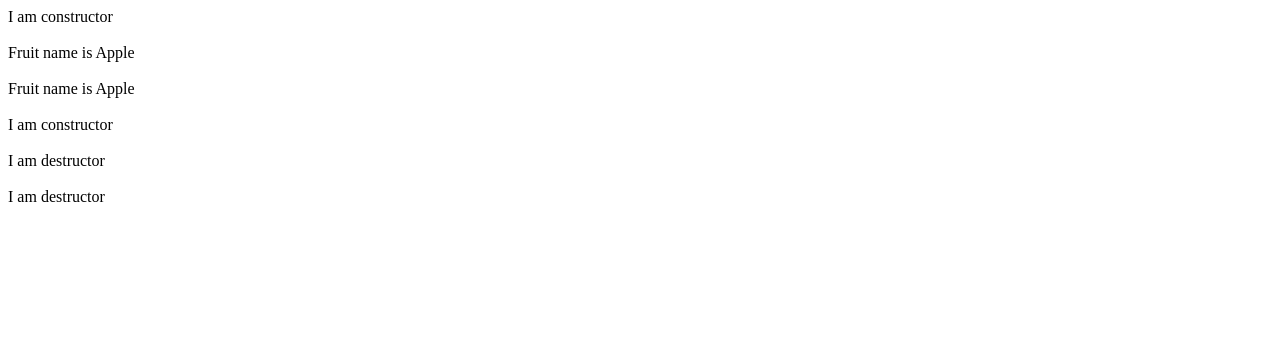
Repository: zinminkhantoo/assignment01
Page: http://localhost/OPP/ex02.php
An editor plug-in stored every save of this project. The page is shown before and after the next save, followed by the edit.
The browser window is 1280 px wide. The pictures show the whole page.
The page is run by PHP 8.4 with error messages shown; the project is at /var/www/html/.

Above is the page before, as saved 2020-04-09 03:48:14.

### Test/OPP/ex02.php
<?php
	class Fruit{
		private $name;
		function __construct($value)
		{
			$this->name = $value;
			echo "I am constructor</br></br>";
		}
		public function getName()
		{
			echo "Fruit name is ".$this->name."</br></br>";
		}

		function __destruct() {
		    echo "I am destructor</br></br>";
		}
	}

	$fruit = new Fruit("Apple");
	$fruit->getName();
	$fruit->getName();
	$fruit2 = new Fruit("Orange");

	?>

After the next save:
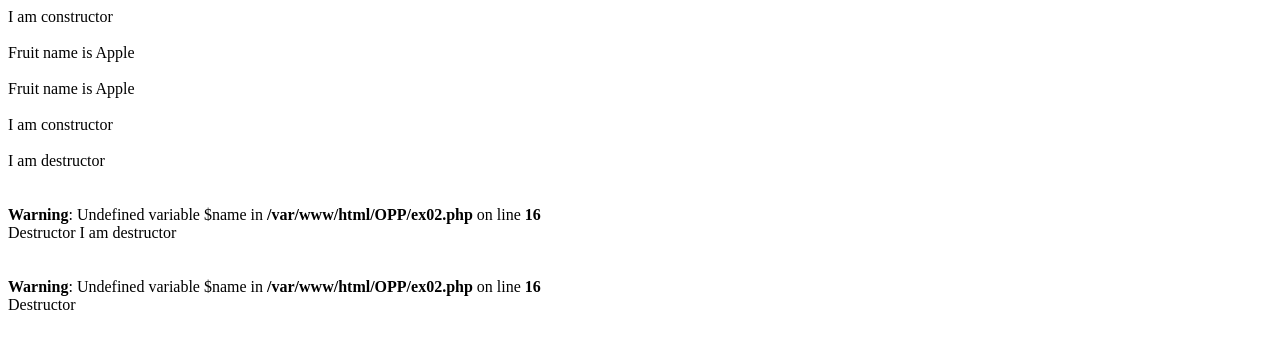
Saved 29 min 22 s later.
--- a/Test/OPP/ex02.php
+++ b/Test/OPP/ex02.php
@@ -13,6 +13,7 @@
 
 		function __destruct() {
 		    echo "I am destructor</br></br>";
+		    echo "Destructor ".$name;
 		}
 	}
 
